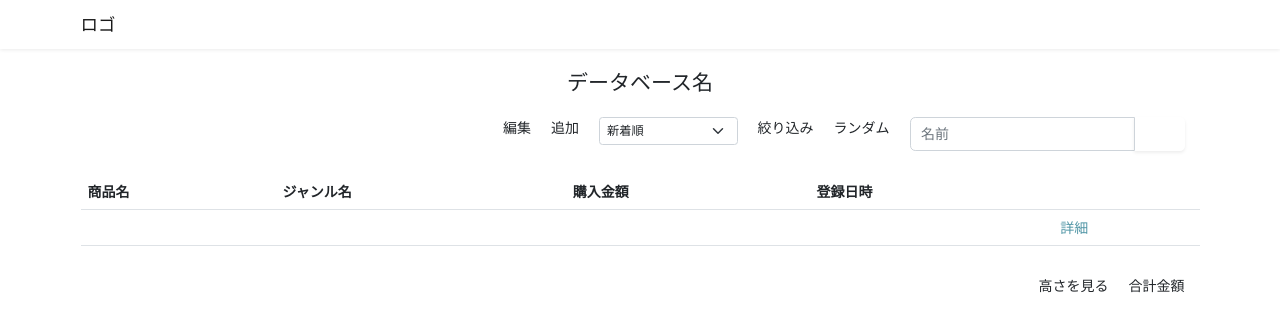
Repository: masa1228ew/original
Page: http://localhost/data/index
An editor plug-in stored every save of this project. The page is shown before and after the next save, followed by the edit.
The browser window is 1280 px wide. The pictures show the whole page.
The page is this project's Thymeleaf template; nobody is signed in. The template is opened directly, without the code that normally fills it, so the values that code supplies are empty.

Above is the page before, as saved 2025-01-15 15:19:18.

### original/original/src/main/resources/templates/data/index.html
<!DOCTYPE html>
<html xmlns:th="https://www.thymeleaf.org">
	<head>
<!--		  <div th:replace="~{fragment :: meta}"></div>   -->
 <meta charset="UTF-8">
       <meta name="viewport" content="width=device-width, initial-scale=1">
        <link href="https://cdn.jsdelivr.net/npm/bootstrap@5.2.3/dist/css/bootstrap.min.css" rel="stylesheet" integrity="sha384-rbsA2VBKQhggwzxH7pPCaAqO46MgnOM80zW1RWuH61DGLwZJEdK2Kadq2F9CUG65" crossorigin="anonymous">
           <link th:href="@{/css/style.css}" rel="stylesheet" >
		<title>データベース</title>
	</head>

	<body>
		<div class="wrapper">
			<nav class="navbar navbar-expand-md navbar-light bg-white shadow-sm ">
               <div class="container ">
                   <a class="navbar-brand" th:href="@{/}">
                       ロゴ
                   </a>
               </div>
           </nav>
			<main>
				<div class="container pt-4 pb-5">
					<div class="d-flex justify-content-center">
					<h1>データベース名</h1>

					</div>
					<div class=right>
				<div>
					<p>編集</p>
				</div>
					<div>
						<p>追加</p>
					</div>
					<div>
						<form method="get" class="mb-3 samuraitravel-sort-box">
                                     <input  type="hidden" name="keyword" >
                                     <input  type="hidden" name="area" >
                                     <input  type="hidden" name="price" >
                                     <select class="form-select form-select-sm" name="order" onChange="this.form.submit();">
                                         <option value="createdAtDesc" >新着順</option>
                                         <option value="priceAsc">宿泊料金が安い順</option>
                                     </select>
                                 </form>
					</div>
					<div>
	                                  <a>絞り込み</a>
					</div>
					<div>
                                 <a>ランダム</a>
					</div>
					<div>
                                   <div class="input-group">
                                     <input type="text" class="form-control" name="keyword"  placeholder="名前">
                                     <button type="submit" class="btn text-white shadow-sm">検索</button>
                                 </div>
					</div>

					</div>

					<table class="table">
                               <thead>
                                   <tr>
                                       <th scope="col">商品名</th>
                                       <th scope="col">ジャンル名</th>
                                       <th scope="col">購入金額</th>
                                       <th scope="col">登録日時</th>
                                       <th scope="col"></th>
                                   </tr>
                               </thead>
                               <tbody>
                                   <tr >
                                       <td ></td>
                                        <td ></td>
                                         <td ></td>
                                          <td ></td>
                                       <td><a href="#">詳細</a></td>
                                   </tr>
                               </tbody>
                           </table>
                           <div class=right>
                          <div>
                           <a>高さを見る</a>
                          </div>
                          <div>
                           <a>合計金額</a>
                          </div>
                           </div>
				</div>
			</main>
		</div>
	</body>
</html>

### original/original/src/main/resources/static/css/style.css
html {
 font-size: 14px;
}

@media (max-width: 768px) {
    .navbar-collapse {
        display: block !important;
        max-height: 0;
        overflow: hidden;
        transition: max-height 0.3s ease-in-out;
    }

     select[name="categoryId"] {
    flex-grow: 1;
    width: 100%;
  }

}

    .navbar-collapse.show {
        max-height: 500px; /* 必要に応じて調整 */
    }
}

body {
 font-family: 'Noto Sans JP', sans-serif;
}

h1 {
 font-size: 1.5rem;
}

a {
 color: #5196a6;
 text-decoration: none !important;
}

a:hover {
   color: #407784;
}

.wrapper {
 min-height: 100vh;
 position: relative;
 padding-bottom: 60px;
 box-sizing: border-box;
}

.right{
	display: flex;
	justify-content: flex-end;
	padding: 5px;

}

.right>div{

    padding: 5px;

    margin: 5px;
}

.btn-color{
	background-color: gray;
}

After the next save:
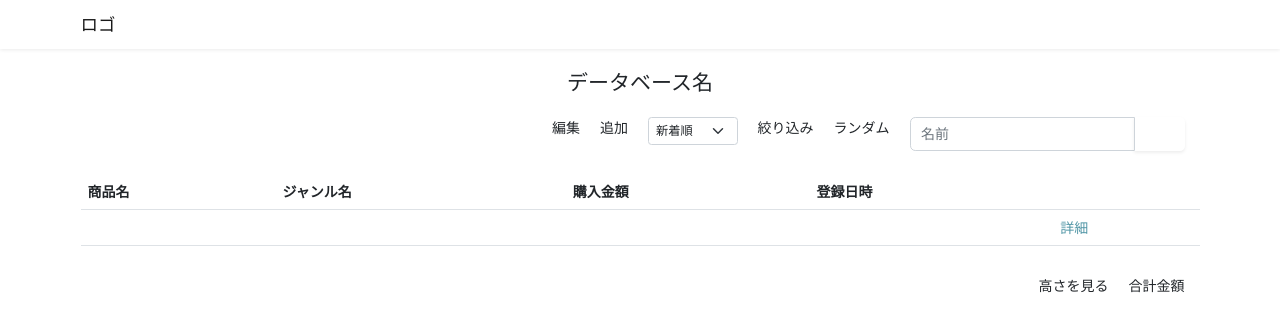
Saved 7 min 12 s later.
--- a/original/original/src/main/resources/templates/data/index.html
+++ b/original/original/src/main/resources/templates/data/index.html
@@ -38,7 +38,8 @@
                                      <input  type="hidden" name="price" >
                                      <select class="form-select form-select-sm" name="order" onChange="this.form.submit();">
                                          <option value="createdAtDesc" >新着順</option>
-                                         <option value="priceAsc">宿泊料金が安い順</option>
+                                         <option value="wordAsc">五十音順</option>
+                                         <option value="updatedAtAsc">更新順</option>
                                      </select>
                                  </form>
 					</div>
